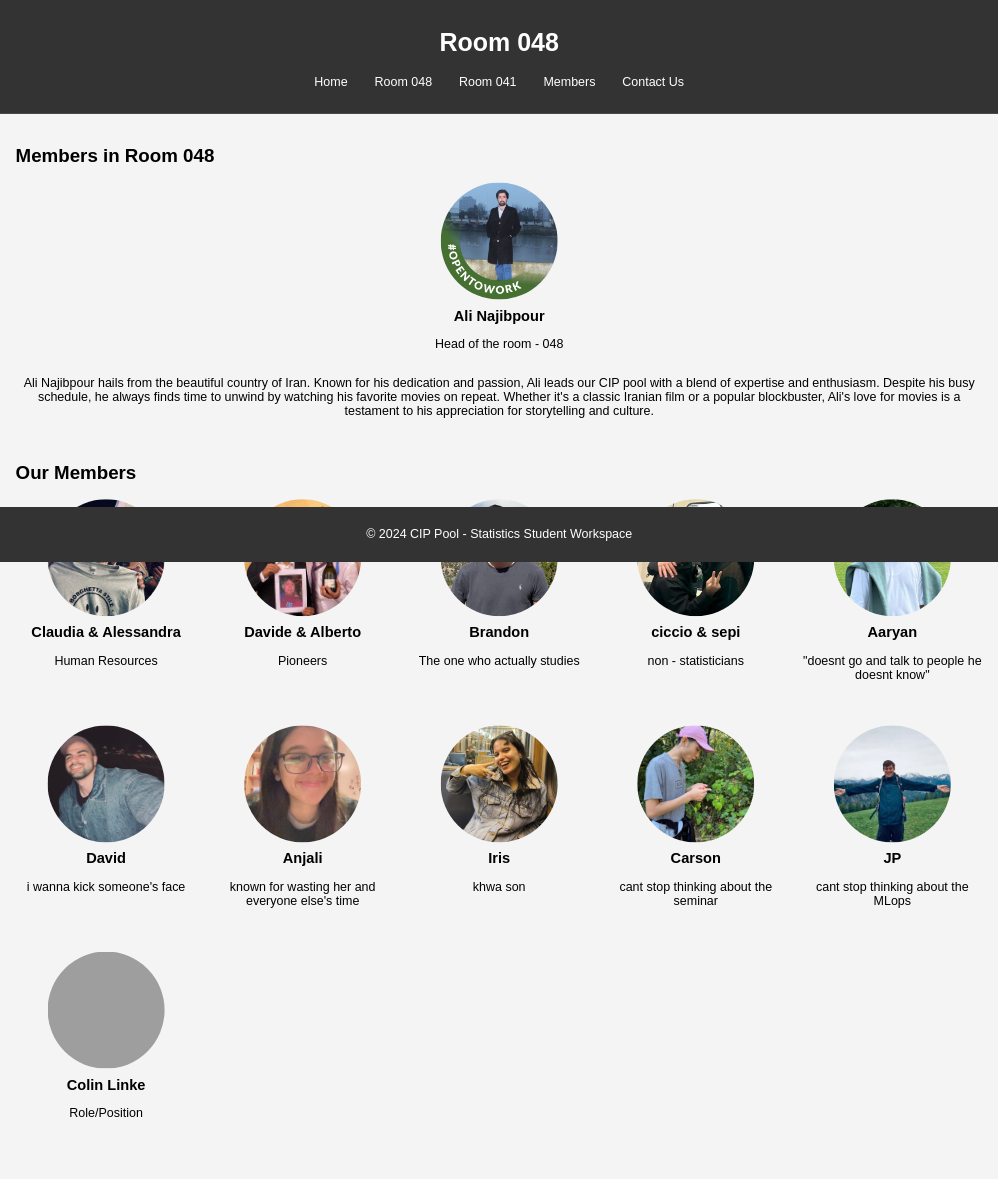
Repository: anjalisarawgi/cip_website
Page: room_048.html
These files come from the project's save history. The page is drawn as it stood at one moment and after the next save; the edit follows.
The browser window is 1280 px wide. The pictures show the whole page, at 78% of full size.
Pictures or frames that could not be fetched are drawn as grey boxes.

Above is the page before, as saved 2024-06-14 14:21:53.

### room_048.html
<!DOCTYPE html>
<html lang="en">
<head>
    <meta charset="UTF-8">
    <meta name="viewport" content="width=device-width, initial-scale=1.0">
    <title>Room 048 - CIP Pool</title>
    <link rel="stylesheet" href="styles.css">
</head>
<body>
    <header>
        <h1>Room 048</h1>
        <nav>
            <ul>
                <li><a href="index.html">Home</a></li>
                <li><a href="room_048.html">Room 048</a></li>
                <li><a href="room_041.html">Room 041</a></li>
                <li><a href="members.html">Members</a></li>
                <li><a href="contact.html">Contact Us</a></li>
            </ul>
        </nav>
    </header>
    <main>
        <section>
            <h2>Members in Room 048</h2>
            <div class="members-grid">
                <div class="member">
                    <img src="images/ali.jpeg" alt="Ali Najibpour" class="member-photo">
                    <div class="member-info">
                        <h3>Ali Najibpour</h3>
                        <p>Head of the room - 048</p>
                        <p>Ali Najibpour hails from the beautiful country of Iran. Known for his dedication and passion, Ali leads our CIP pool with a blend of expertise and enthusiasm. Despite his busy schedule, he always finds time to unwind by watching his favorite movies on repeat. Whether it's a classic Iranian film or a popular blockbuster, Ali's love for movies is a testament to his appreciation for storytelling and culture.</p>
                    </div>
                </div>
            </div>
        </section>
        <section>
            <h2>Our Members</h2>
            <div class="members-grid">
                <div class="member">
                    <img src="images/claudia_alessandra.jpeg" alt="Claudia & Alessandra" class="member-photo">
                    <div class="member-info">
                        <h3>Claudia & Alessandra</h3>
                        <p>Human Resources</p>
                    </div>
                </div>
                <div class="member">
                    <img src="images/davide_alberto.jpeg" alt="Davide & Alberto" class="member-photo">
                    <div class="member-info">
                        <h3>Davide & Alberto</h3>
                        <p>Pioneers</p>
                    </div>
                </div>
                <div class="member">
                    <img src="images/brandon.jpeg" alt="Brandon" class="member-photo">
                    <div class="member-info">
                        <h3>Brandon</h3>
                        <p>The one who actually studies</p>
                    </div>
                </div>
                <div class="member">
                    <img src="images/francesco_giuseppe.jpeg" alt="Francesco & Giuseppe" class="member-photo">
                    <div class="member-info">
                        <h3>ciccio & sepi</h3>
                        <!-- <p><em>ciccio & sepi</em></p> -->
                        <p>non - statisticians </p>
                    </div>
                </div>
                <div class="member">
                    <img src="images/aaryan.jpg" alt="aaryan" class="member-photo">
                    <div class="member-info">
                        <h3>Aaryan</h3>
                        <p>"doesnt go and talk to people he doesnt know"</p>
                    </div>
                </div>
                <div class="member">
                    <img src="images/david.jpg" alt="david" class="member-photo">
                    <div class="member-info">
                        <h3>David</h3>
                        <p>i wanna kick someone's face</p>
                    </div>
                </div>
                <div class="member">
                    <img src="images/anjali.jpeg" alt="anjali" class="member-photo">
                    <div class="member-info">
                        <h3>Anjali</h3>
                        <p>known for wasting her and everyone else's time</p>
                    </div>
                </div>
                <div class="member">
                    <img src="images/iris.jpg" alt="iris" class="member-photo">
                    <div class="member-info">
                        <h3>Iris</h3>
                        <p>khwa son</p>
                    </div>
                </div>
                <div class="member">
                    <img src="images/carson.jpg" alt="carson" class="member-photo">
                    <div class="member-info">
                        <h3>Carson</h3>
                        <p>cant stop thinking about the seminar</p>
                    </div>
                </div>
                <div class="member">
                    <img src="images/jp.jpg" alt="jp" class="member-photo">
                    <div class="member-info">
                        <h3>JP</h3>
                        <p>cant stop thinking about the MLops</p>
                    </div>
                </div>
                <div class="member">
                    <img src="images/member5.jpeg" alt="Member 5" class="member-photo">
                    <div class="member-info">
                        <h3>Colin Linke</h3>
                        <p>Role/Position</p>
                    </div>
                </div>
            </div>
        </section>
    </main>
    <footer>
        <p>&copy; 2024 CIP Pool - Statistics Student Workspace</p>
    </footer>
</body>
</html>

### styles.css
body {
    font-family: Arial, sans-serif;
    margin: 0;
    padding: 0;
    background-color: #f4f4f4;
}

header {
    background-color: #333;
    color: white;
    padding: 1em 0;
    text-align: center;
}

nav ul {
    list-style-type: none;
    padding: 0;
}

nav ul li {
    display: inline;
    margin: 0 15px;
}

nav ul li a {
    color: white;
    text-decoration: none;
}

main {
    padding: 20px;
}

footer {
    background-color: #333;
    color: white;
    text-align: center;
    padding: 10px 0;
    position: fixed;
    bottom: 0;
    width: 100%;
}

section {
    margin-bottom: 20px;
}

.member {
    display: flex;
    align-items: center;
    margin-bottom: 20px;
}

.member-photo {
    border-radius: 50%;
    width: 150px;
    height: 150px;
    object-fit: cover;
    margin-bottom: 10px;
}


.member-info {
    display: flex;
    flex-direction: column;
}

.member-info h3 {
    margin: 0;
}

.members-grid {
    display: grid;
    grid-template-columns: repeat(auto-fit, minmax(200px, 1fr));
    gap: 20px;
}

.members-grid .member {
    flex-direction: column;
    align-items: center;
    text-align: center;
}

.members-grid .member-photo {
    width: 150px;
    height: 150px;
    margin-bottom: 10px;
}

.members-grid .member-info {
    align-items: center;
}

After the next save:
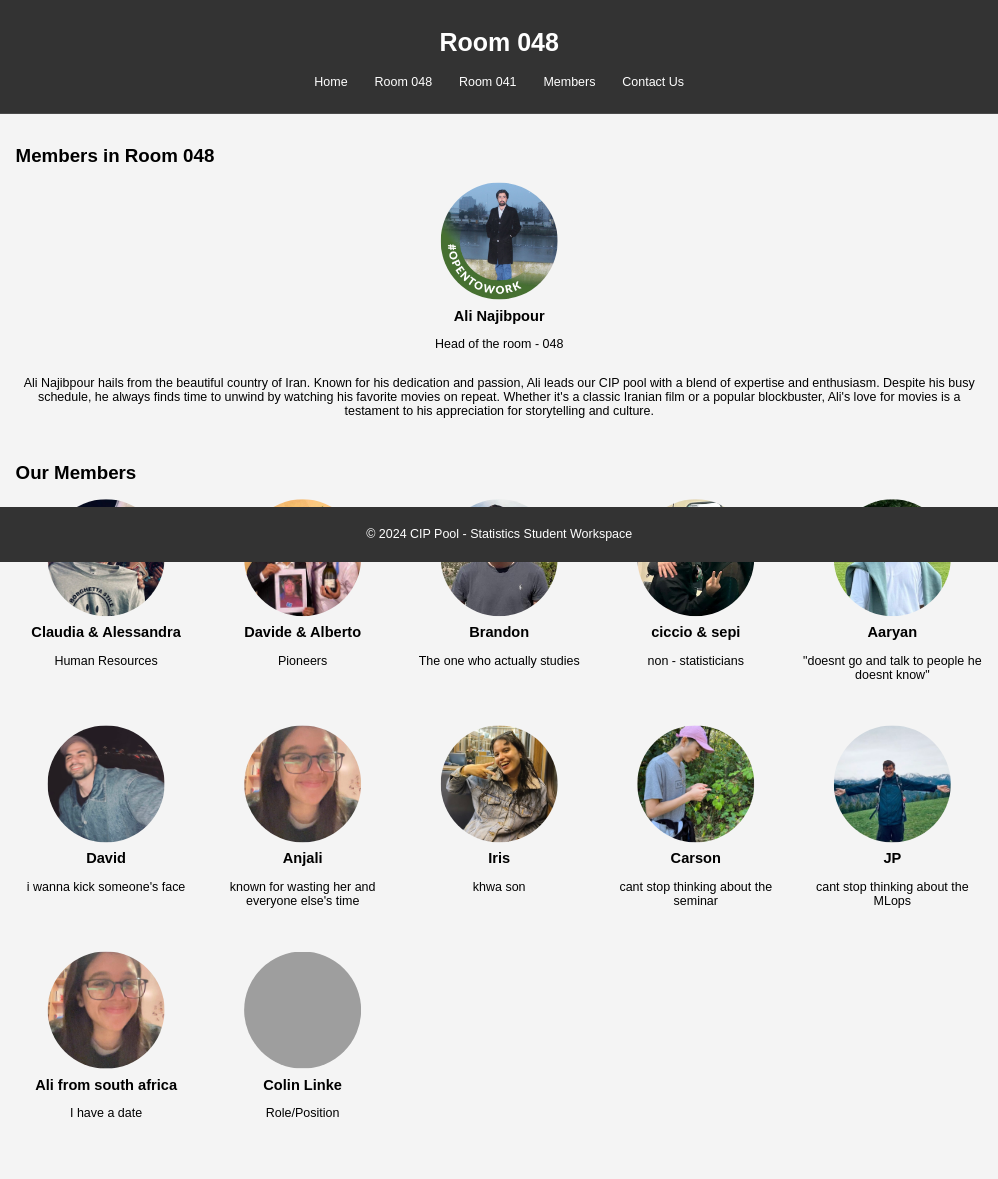
Saved 47 s later.
--- a/room_048.html
+++ b/room_048.html
@@ -108,6 +108,13 @@
                     </div>
                 </div>
                 <div class="member">
+                    <img src="images/anjali.jpeg" alt="anjali" class="member-photo">
+                    <div class="member-info">
+                        <h3>Ali from south africa</h3>
+                        <p>I have a date</p>
+                    </div>
+                </div>
+                <div class="member">
                     <img src="images/member5.jpeg" alt="Member 5" class="member-photo">
                     <div class="member-info">
                         <h3>Colin Linke</h3>
